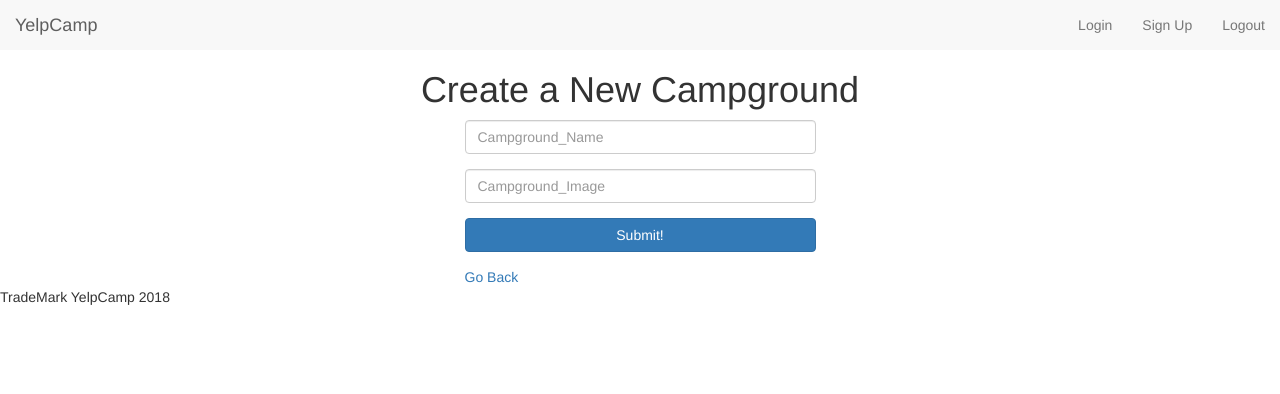
Repository: Kushagrakmr/c9backup
Page: http://localhost/campgrounds/new
The author's editor kept a record of every edit. The page is drawn from the files as they stood at one moment, then again after the next edit.
The browser window is 1280 px wide. The pictures show the whole page.
The page is served by the project's Node server (YelpCamp/v1/app.js).

Above is the page before.

After the next edit:
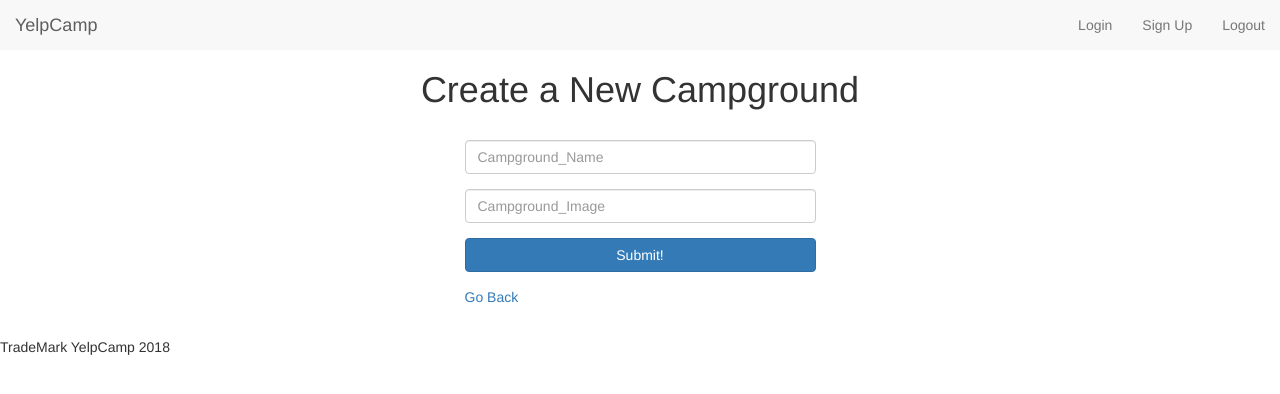
The edit:
--- a/YelpCamp/v1/views/new.ejs
+++ b/YelpCamp/v1/views/new.ejs
@@ -2,8 +2,8 @@
 
  <div class="container" >
   <div class="row">
-   <h1 style="text-align:center">Create a New Campground</h1>
-   <div style= "width:30%; margin: 0 auto;">
+   <h1 style="text-align:center ">Create a New Campground</h1>
+   <div style= "width:30%; margin: 30px auto;">
     <form action = "/campgrounds" method= "POST">
      <div class="form-group">
        <input class = "form-control" type = "text" name="name" placeholder = "Campground_Name">
